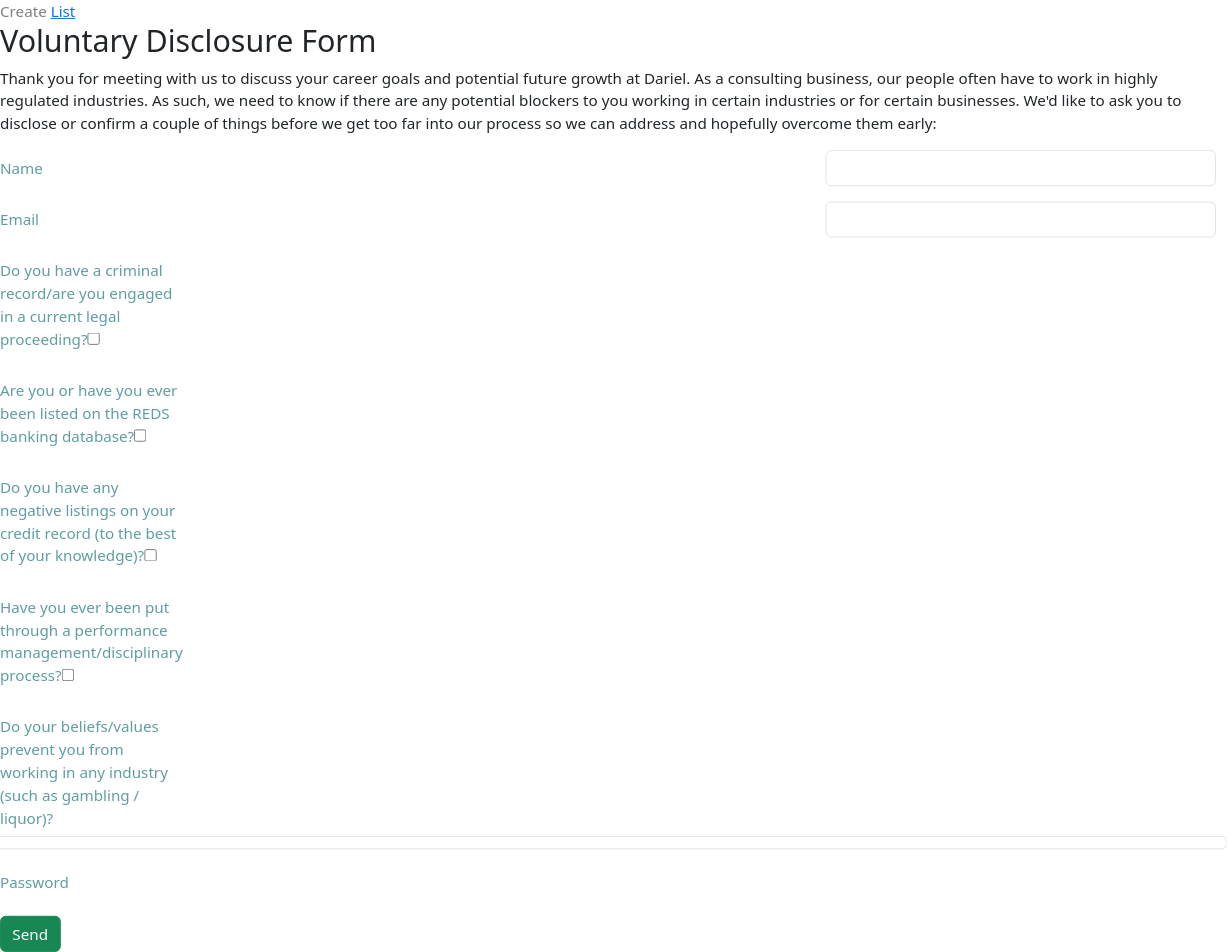
Repository: NtuthukoM/VoluntaryDisclosure
Page: / (app in disclosures-client/)
These files come from the project's save history. The page is drawn as it stood at one moment and after the next save; the edit follows.
The browser window is 1280 px wide. The page is 1292 px wide, so the pictures cover 1292 px, including what lies to the right of the window. The pictures show the whole page, at 95% of full size.
The project was rebuilt for these pictures with package versions that can differ from the ones it lists, and the page was loaded fresh each time. Also part of the build but not shown: disclosures-client/src/pages/ListDisclosures.js, disclosures-client/src/pages/DisclosureDetails.js, disclosures-client/src/pages/DisclosureSubmitted.js.

Above is the page before, as saved 2023-05-30 20:46:51.

### disclosures-client/public/index.html
<!DOCTYPE html>
<html lang="en">
  <head>
    <meta charset="utf-8" />

    <meta name="viewport" content="width=device-width, initial-scale=1" />
    <meta name="theme-color" content="#000000" />
    <meta
      name="description"
      content="Web site created using create-react-app"
    />
    <link rel="apple-touch-icon" href="%PUBLIC_URL%/logo192.png" />
    <!--
      manifest.json provides metadata used when your web app is installed on a
      user's mobile device or desktop. See https://developers.google.com/web/fundamentals/web-app-manifest/
    -->
    <link rel="manifest" href="%PUBLIC_URL%/manifest.json" />
    <!--
      Notice the use of %PUBLIC_URL% in the tags above.
      It will be replaced with the URL of the `public` folder during the build.
      Only files inside the `public` folder can be referenced from the HTML.

      Unlike "/favicon.ico" or "favicon.ico", "%PUBLIC_URL%/favicon.ico" will
      work correctly both with client-side routing and a non-root public URL.
      Learn how to configure a non-root public URL by running `npm run build`.
    -->
    <title>React App</title>
  </head>
  <body>
    <noscript>You need to enable JavaScript to run this app.</noscript>
    <div id="root"></div>
    <!--
      This HTML file is a template.
      If you open it directly in the browser, you will see an empty page.

      You can add webfonts, meta tags, or analytics to this file.
      The build step will place the bundled scripts into the <body> tag.

      To begin the development, run `npm start` or `yarn start`.
      To create a production bundle, use `npm run build` or `yarn build`.
    -->
  </body>
</html>

### disclosures-client/src/index.js
import React from 'react';
import ReactDOM from 'react-dom/client';
import './bootstrap.css';
// import './index.css';
import App from './App';
import reportWebVitals from './reportWebVitals';

const root = ReactDOM.createRoot(document.getElementById('root'));
root.render(
  <React.StrictMode>
    <App />
  </React.StrictMode>
);

// If you want to start measuring performance in your app, pass a function
// to log results (for example: reportWebVitals(console.log))
// or send to an analytics endpoint. Learn more: https://bit.ly/CRA-vitals
reportWebVitals();

### disclosures-client/src/App.js
import logo from './logo.svg';
import {CreateDisclosures} from './pages/CreateDisclosure';
import {ListDisclosures} from './pages/ListDisclosures';
import {DisclosureDetails} from './pages/DisclosureDetails';
import {DisclosureSubmitted} from './pages/DisclosureSubmitted';
import { BrowserRouter, Routes, Route } from "react-router-dom";
import './App.css';

function App() {
  return (

      <BrowserRouter>
        <Routes>
          <Route path="/" element={<CreateDisclosures/>} />
          <Route path="/list" element={<ListDisclosures/>} />
          <Route path="/submitted" element={<DisclosureSubmitted/>} />
          <Route path="/details/:id" element={<DisclosureDetails/>} />
        </Routes>
      </BrowserRouter>
  );
}

export default App;

### disclosures-client/src/pages/CreateDisclosure.js
import { useState } from "react";
import { discloseUrl} from '../models/models';
import { Nav} from "../components/nav";
import { redirect } from "react-router-dom";

export function CreateDisclosures(){
    const [fullName, setFullName] = useState('');
    const [email, setEmail] = useState('');
    const [criminalRecord, setCriminalRecord] = useState(false);
    const [redsBankingDbListed, setRedsBankingDbListed] = useState(false);
    const [negativeCreditListing, setNegativeCreditListing] = useState(false);
    const [performanceManagementPlaced, setPerformanceManagementPlaced] = useState(false);
    const [ethicalIndustringRestriction, setEthicalIndustringRestriction] = useState(false);
    const [submitting, setSubmitting] = useState(false);

    function onFormSubmit(e){
        e.preventDefault();
        setSubmitting(true);
        let model = {
            fullName: fullName,
            email: email,
            criminalRecord: criminalRecord,
            redsBankingDbListed: redsBankingDbListed,
            negativeCreditListing: negativeCreditListing,
            performanceManagementPlaced: performanceManagementPlaced,
            ethicalIndustringRestriction: ethicalIndustringRestriction
        }
        const ops = {
            method: 'POST',
            headers: {
                "Content-Type": "application/json",
                // 'Content-Type': 'application/x-www-form-urlencoded',
              },
              redirect: "follow", // manual, *follow, error
              referrerPolicy: "no-referrer", // no-referrer, *no-referrer-when-downgrade, origin, origin-when-cross-origin, same-origin, strict-origin, strict-origin-when-cross-origin, unsafe-url
              body: JSON.stringify(model), // body data type must match "Content-Type" header
        };
        const response = fetch(discloseUrl, ops)
        .then(() => {
            setSubmitting(false);
            console.log('redirecting');
           return redirect("/submitted");
        }).catch(exc => console.log(`error ${exc}`));
    }
    return (
        <>
            <Nav />
            <h2>Voluntary Disclosure Form</h2>
            <p>
                Thank you for meeting with us to discuss your career goals and potential future growth at Dariel.
                As a consulting business, our people often have to work in highly regulated industries.
                As such, we need to know if there are any potential blockers to you working in certain industries or for certain businesses.
                We'd like to ask you to disclose or confirm a couple of things before we get too far into our process so we can address and hopefully overcome them early:
            </p>
            <form onSubmit={onFormSubmit}>


            <div  className="mb-3 row">
                <label className="col-sm-8 col-form-label">
                    Name
                </label>
                <div className="col-sm-4">

                    <input className="form-control" type="text" value={fullName} onChange={(e) => setFullName(e.target.value) } disabled={submitting} />
      </div>
            </div>

            <div className="mb-3 row">
                <label className="col-sm-8 col-form-label">
                    Email
                </label>
                <div className="col-sm-4">

                    <input type="text" className="form-control" value={email} onChange={e => setEmail(e.target.value)} disabled={submitting}  />
      </div>
            </div>


            <div className="mb-3 row">
                <label className="col-sm-2 col-form-label">
                    Do you have a criminal record/are you engaged in a current legal proceeding?
                    <input type="checkbox" value={criminalRecord} onChange={e => {
                        setCriminalRecord(!criminalRecord);
                        }}  disabled={submitting} />
                </label>
            </div>
            <div className="mb-3 row">
                <label className="col-sm-2 col-form-label">
                Are you or have you ever been listed on the REDS banking database?
                    <input type="checkbox"  value={redsBankingDbListed} onChange={e => {
                        setRedsBankingDbListed(!redsBankingDbListed);
                        }}  disabled={submitting} />
                </label>
            </div>
            <div className="mb-3 row">
                <label className="col-sm-2 col-form-label">
                Do you have any negative listings on your credit record (to the best of your knowledge)?
                    <input type="checkbox"  value={negativeCreditListing} onChange={e => {
                        setNegativeCreditListing(!negativeCreditListing);
                        }}  disabled={submitting} />
                </label>
            </div>
            <div className="mb-3 row">
                <label className="col-sm-2 col-form-label">
                Have you ever been put through a performance management/disciplinary process?
                    <input type="checkbox"  value={performanceManagementPlaced} onChange={e => {
                        setPerformanceManagementPlaced(!performanceManagementPlaced);
                        }}  disabled={submitting} />
                </label>
            </div>
            <div className="mb-3 row">
                <label className="col-sm-2 col-form-label">
                Do your beliefs/values prevent you from working in any industry (such as gambling / liquor)?
                </label>
                    <input type="checkbox" className="form-control"  value={ethicalIndustringRestriction} onChange={e => {
                        setEthicalIndustringRestriction(!ethicalIndustringRestriction);
                        }}  disabled={submitting} />
            </div>
            <div className="mb-3 row">
    <label for="inputPassword" className="col-sm-2 col-form-label">Password</label>
    <div className="col-sm-10">

    </div>
  </div>
            <div>
                <button className="btn btn-success" disabled={submitting}>Send</button>
            </div>
             </form>
        </>
    );
}

### disclosures-client/src/App.css
.App {
  text-align: center;
}

.active {
  color: gray;
  text-decoration: none;
  cursor: default;
}

label {
  color: cadetblue;
}

.App-logo {
  height: 40vmin;
  pointer-events: none;
}

@media (prefers-reduced-motion: no-preference) {
  .App-logo {
    animation: App-logo-spin infinite 20s linear;
  }
}

.App-header {
  background-color: #282c34;
  min-height: 100vh;
  display: flex;
  flex-direction: column;
  align-items: center;
  justify-content: center;
  font-size: calc(10px + 2vmin);
  color: white;
}

.App-link {
  color: #61dafb;
}

@keyframes App-logo-spin {
  from {
    transform: rotate(0deg);
  }
  to {
    transform: rotate(360deg);
  }
}

### disclosures-client/src/models/models.js
export const discloseUrl = 'https://localhost:7163/api/Disclosures';

### disclosures-client/src/components/nav.js
import {NavLink} from "react-router-dom"

export function Nav(){
    return (
        <>
            <nav>
                <NavLink to="/" className={({isActive}) => isActive ? "active" : "go-to"}>Create </NavLink>
                <NavLink to="/list" className={({isActive}) => isActive ? "active" : ""}>List </NavLink>
            </nav>
        </>
    )
}

Loaded but not shown: disclosures-client/src/bootstrap.css (library); disclosures-client/src/reportWebVitals.js (common file)

After the next save:
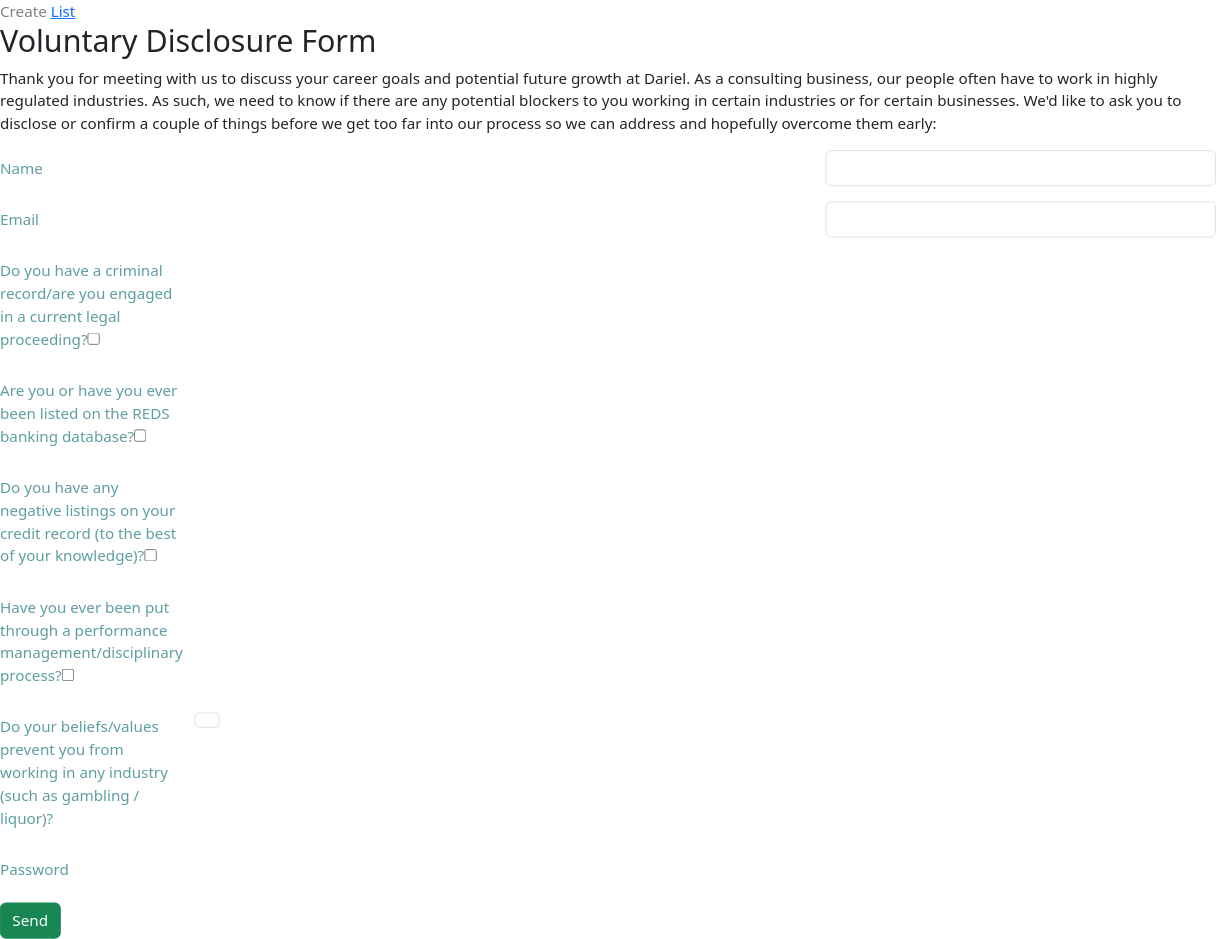
Saved 81 s later.
--- a/disclosures-client/src/pages/CreateDisclosure.js
+++ b/disclosures-client/src/pages/CreateDisclosure.js
@@ -112,7 +112,7 @@ export function CreateDisclosures(){
                 <label className="col-sm-2 col-form-label">
                 Do your beliefs/values prevent you from working in any industry (such as gambling / liquor)?
                 </label>
-                    <input type="checkbox" className="form-control"  value={ethicalIndustringRestriction} onChange={e => {
+                    <input type="checkbox" className="form-check-input"  value={ethicalIndustringRestriction} onChange={e => {
                         setEthicalIndustringRestriction(!ethicalIndustringRestriction);
                         }}  disabled={submitting} />
             </div>
